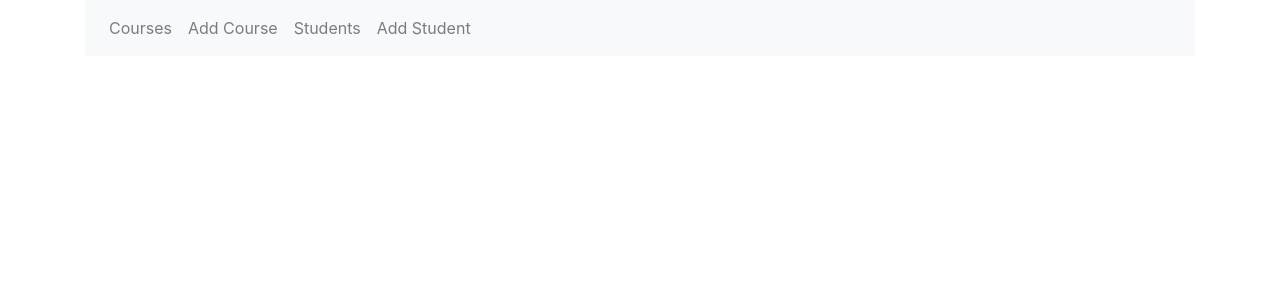
Repository: pyaephyotint22/Maven-Student-Course
Page: http://localhost/06-EL-JSTL/students.jsp
These files come from the project's save history. The page is drawn as it stood at one moment and after the next save; the edit follows.
The browser window is 1280 px wide. The pictures show the whole page.
The page is served by Tomcat 9. Other server files are loaded and not shown.

Above is the page before, as saved 2020-12-20 05:14:02.

### 06-EL-JSTL/src/main/webapp/students.jsp
<%@ page language="java" contentType="text/html; charset=ISO-8859-1"
    pageEncoding="ISO-8859-1"%>
 <%@ taglib uri="http://java.sun.com/jsp/jstl/core" prefix="c" %>
<!DOCTYPE html>
<html>
<head>
<meta charset="ISO-8859-1">
<title></title>
</head>
<body>
	<div class="container">
		<jsp:include page="/common/menu.jsp"></jsp:include>
		<div class="row">
			<div class="col">
			<h3></h3>
			</div>
		</div>
	</div>
</body>
</html>

### 06-EL-JSTL/src/main/webapp/common/menu.jsp
<%@ page language="java" contentType="text/html; charset=ISO-8859-1"
    pageEncoding="ISO-8859-1"%>
 <%@ taglib uri="http://java.sun.com/jsp/jstl/core"  prefix="c"%>

  <c:url value="/common/css/bootstrap.min.css" var="bsCSS"></c:url>
  <c:url value="/common/js/bootstrap.min.js" var="bsJS"></c:url>
   <c:url value="/common/js/jquery.min.js" var="jqJS"></c:url>


<link href="${bsCSS }" rel="stylesheet" type="text/css"/>
<script type="text/javascript" src="${jqJS }"></script>
<script type="text/javascript" src="${bsJS }"></script>
<nav class="navbar navbar-expand-lg navbar-light bg-light">
			  <ul class="navbar-nav">

			  <li class="nav-item">
                <a class="nav-link" href="<%= pageContext.getServletContext().getContextPath() %>">Courses</a>
             </li>
		        <li class="nav-item">
		        <c:url value="/course-add.jsp" var="courseAdd"></c:url>
		          <a class="nav-link" href="${courseAdd}">Add Course</a>
		        </li>
		        <li class="nav-item">
                <a class="nav-link" href="#">Students</a>
             </li>
		        <li class="nav-item">
		          <a class="nav-link" href="#">Add Student</a>
		        </li>
			  </ul>
		</nav>

Loaded but not shown: 06-EL-JSTL/src/main/webapp/common/css/bootstrap.min.css (library); 06-EL-JSTL/src/main/webapp/common/js/jquery.min.js (library); 06-EL-JSTL/src/main/webapp/common/js/bootstrap.min.js (library)

After the next save:
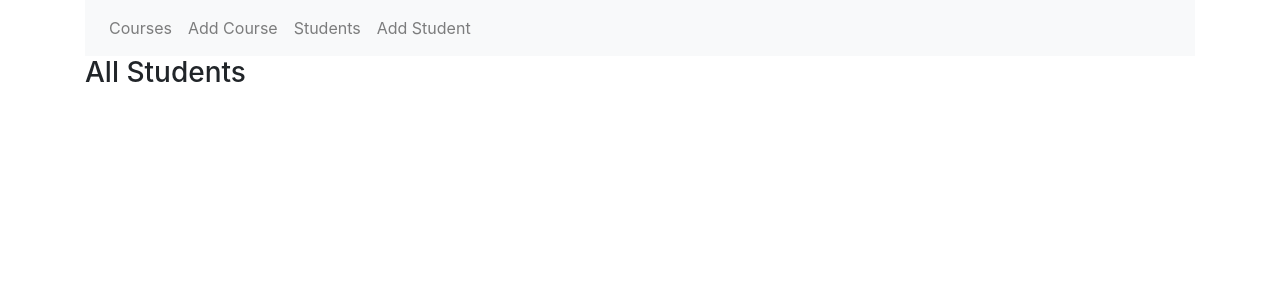
Saved 33 s later.
--- a/06-EL-JSTL/src/main/webapp/students.jsp
+++ b/06-EL-JSTL/src/main/webapp/students.jsp
@@ -5,14 +5,14 @@
 <html>
 <head>
 <meta charset="ISO-8859-1">
-<title></title>
+<title>Students</title>
 </head>
 <body>
 	<div class="container">
 		<jsp:include page="/common/menu.jsp"></jsp:include>
 		<div class="row">
 			<div class="col">
-			<h3></h3>
+			<h3>All Students</h3>
 			</div>
 		</div>
 	</div>
